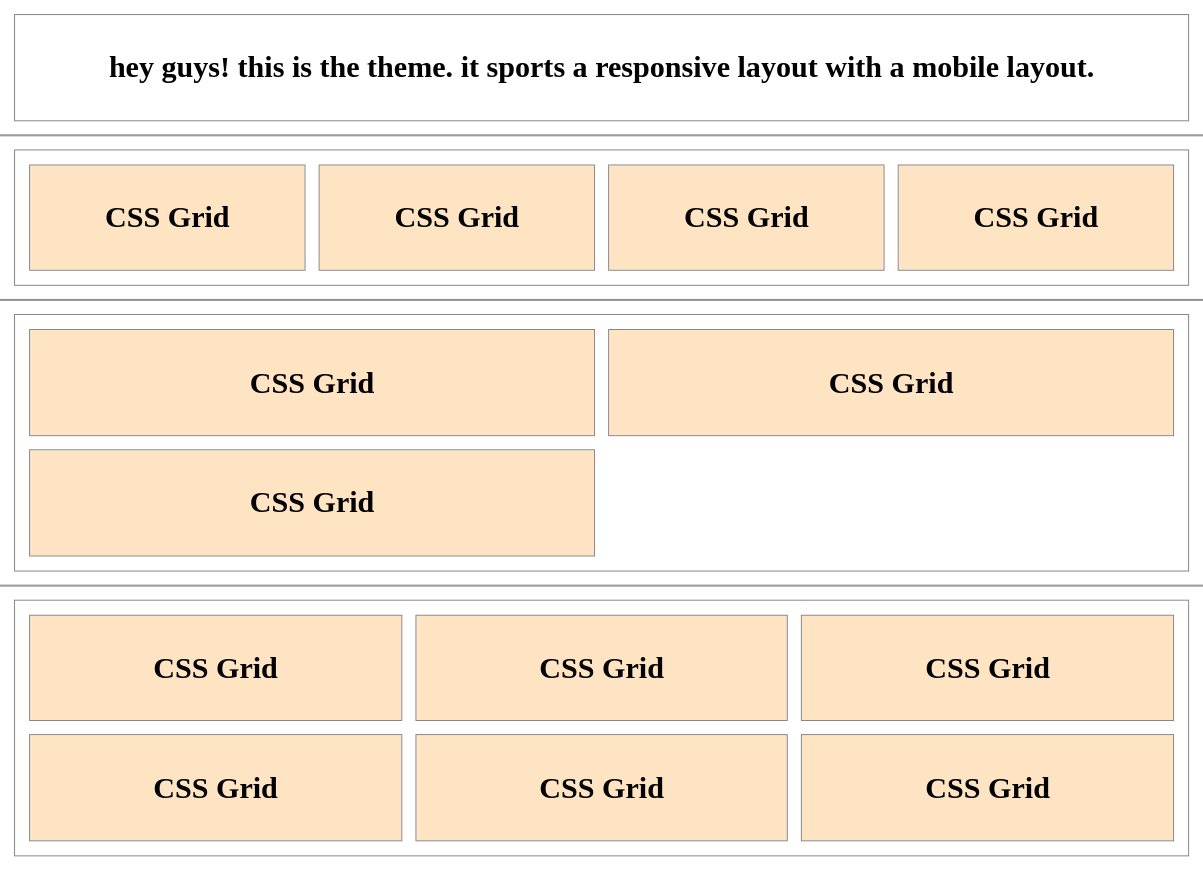
Repository: jjennbui/MDIA2003G-Assignment03B
Page: index.html
An editor plug-in stored every save of this project. The page is shown before and after the next save, followed by the edit.
The browser window is 1280 px wide. The pictures show the whole page, at 94% of full size.

Above is the page before, as saved 2023-01-24 20:11:55.

### index.html
<!doctype html>
<html class="no-js" lang="">

<head>
  <meta charset="utf-8">
  <title></title>
  <meta name="description" content="">
  <meta name="viewport" content="width=device-width, initial-scale=1">

  <meta property="og:title" content="">
  <meta property="og:type" content="">
  <meta property="og:url" content="">
  <meta property="og:image" content="">

  <link rel="manifest" href="site.webmanifest">
  <link rel="apple-touch-icon" href="icon.png">
  <!-- Place favicon.ico in the root directory -->

  <link rel="stylesheet" href="css/normalize.css">
  <link rel="stylesheet" href="css/main.css">

  <meta name="theme-color" content="#fafafa">
</head>

<body>

  <div class="SECTION-ONE">
    <div class="row">
     <h1>hey guys! this is the theme. it sports a responsive layout with a mobile layout.</h1>
    </div>
  </div>

  <div class="SECTION-TWO">
    <div class="row m-row-2">
      <div class="col">
        <h1>CSS Grid</h1>
      </div>
      <div class="col">
        <h1>CSS Grid</h1>
      </div>
      <div class="col">
        <h1>CSS Grid</h1>
      </div>
      <div class="col">
        <h1>CSS Grid</h1>
      </div>
    </div>
  </div>

<div class="SECTION-THREE">
  <div class="row m-row-3">
    <div class="col m-row-span">
      <h1>CSS Grid</h1>
    </div>
    <div class="col">
      <h1>CSS Grid</h1>
    </div>
    <div class="col">
      <h1>CSS Grid</h1>
    </div>
    <div class="column">
      <h1>CSS Grid</h1>
    </div>
  </div>
</div>

<div class="SECTION-FOUR">
  <div class="row m-row-4">
    <div class="col m-row-span">
      <h1>CSS Grid</h1>
    </div>
    <div class="col">
      <h1>CSS Grid</h1>
    </div>
    <div class="col">
      <h1>CSS Grid</h1>
    </div>
    <div class="col">
      <h1>CSS Grid</h1>
    </div>
    <div class="col">
      <h1>CSS Grid</h1>
    </div>
    <div class="col">
      <h1>CSS Grid</h1>
    </div>
  </div>
</div>

</body>

</html>

### css/main.css














*,
*:before,
*:after {
  box-sizing: border-box;
}

img{
  width: 100%;
}




div,
main,
section,
footer,
main,
header {
  outline: 1px solid grey;
  min-height: 1rem;
  padding: 1rem;

}

.row{
  display: grid;
  row-gap: 1rem;

}

.col{
  position: relative;
  background-color: bisque;
}

.column{
  background-color: bisque;
}

.row{
  max-width: 200rem;
  column-gap: 1rem;
  row-gap: 1rem;
  text-align: center;
}

/* Small only */
@media screen and (max-width: 39.9375em) {}

/* Medium and up */
@media screen and (min-width: 40em) {

  .m-row-2{
    grid-template-columns: 1fr 1fr;
  }

  .m-row-3{
    grid-template-columns: repeat(2, 1fr);
  }

  .m-row-4{
    grid-template-columns: repeat(2, 1fr);
  }

}


/* Medium only */
@media screen and (min-width: 40em) and (max-width: 63.9375em) {}

/* Large and up */
@media screen and (min-width: 64em) {
  .m-row-2{
    grid-template-columns: repeat(4, 1fr);
  }

  .m-row-3{
    grid-template-columns: ;
  }

  .m-row-4{
    grid-template-columns: repeat(3, 1fr);
  }

  .column{
    display: none;



}

/* Large only */
@media screen and (min-width: 64em) and (max-width: 74.9375em) {

}

Loaded but not shown: css/normalize.css (library)

After the next save:
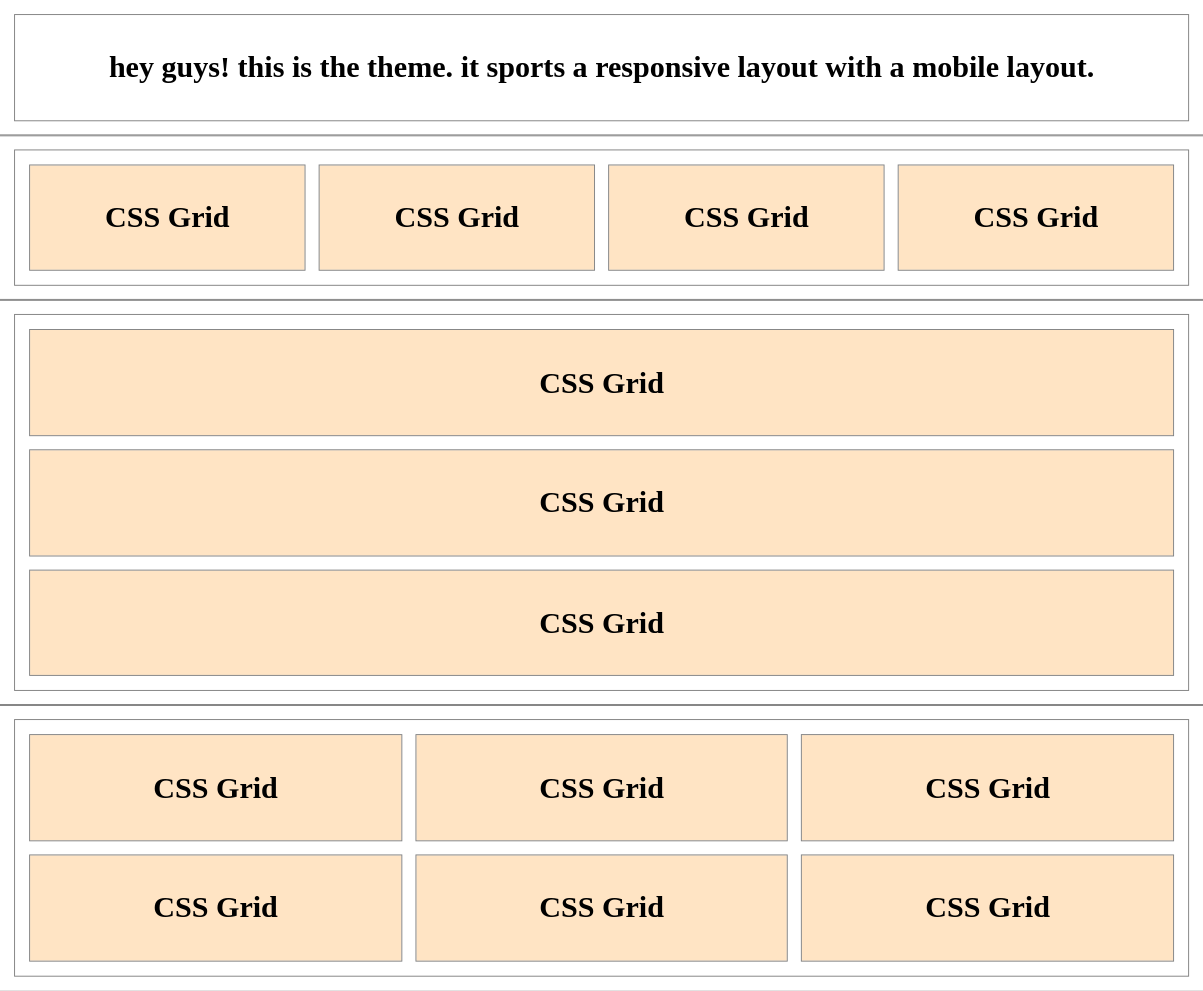
Saved 5 s later.
--- a/css/main.css
+++ b/css/main.css
@@ -90,7 +90,7 @@
   }
 
   .m-row-3{
-    grid-template-columns: ;
+    grid-template-columns: 1fr;
   }
 
   .m-row-4{

After the save that followed:
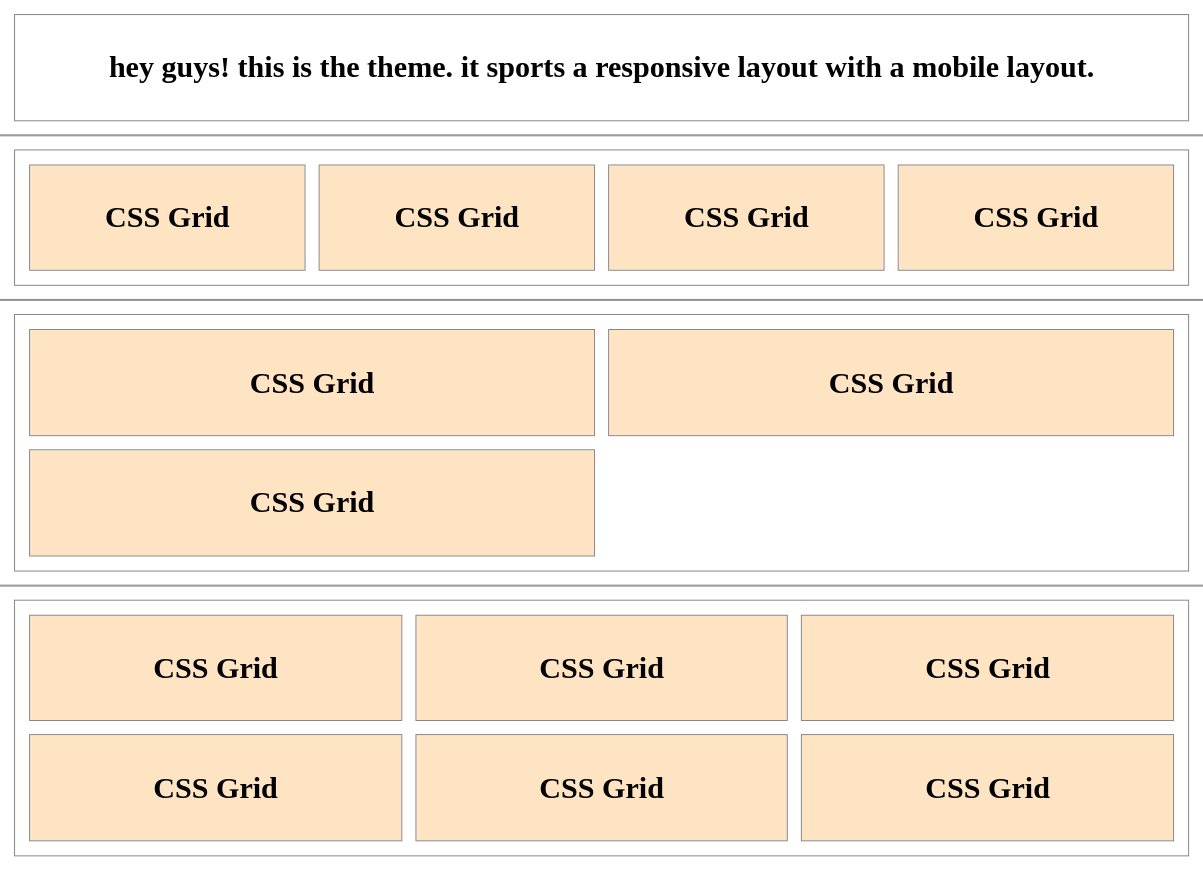
Saved 5 s later.
--- a/css/main.css
+++ b/css/main.css
@@ -90,7 +90,7 @@
   }
 
   .m-row-3{
-    grid-template-columns: 1fr;
+    grid-template-columns: ;
   }
 
   .m-row-4{
